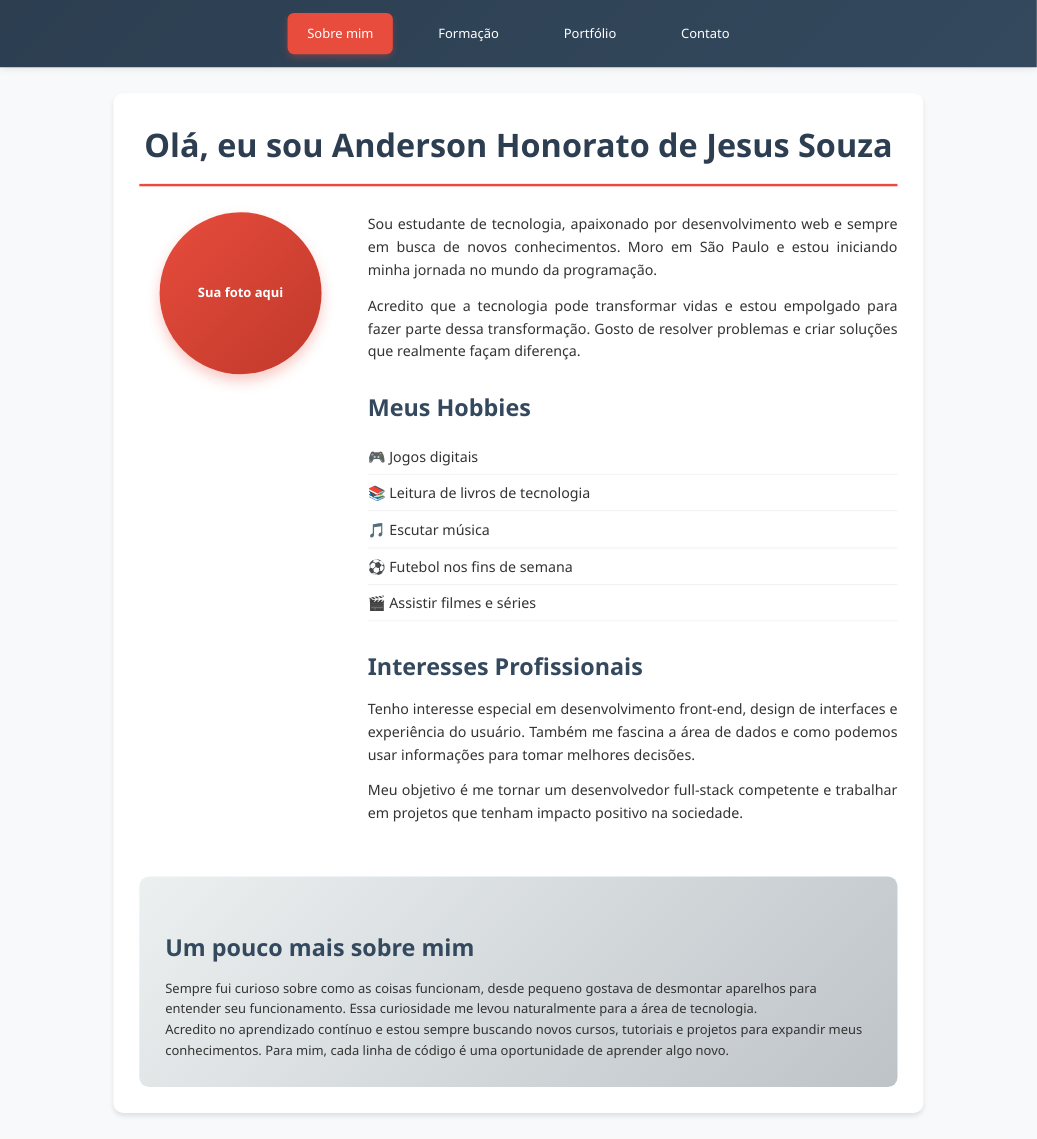
Repository: AnderHonorato/meu-portfolio
Page: index.html
An editor plug-in stored every save of this project. The page is shown before and after the next save, followed by the edit.
The browser window is 1280 px wide. The pictures show the whole page, at 81% of full size.

Above is the page before, as saved 2025-08-26 19:47:22.

After the next save:
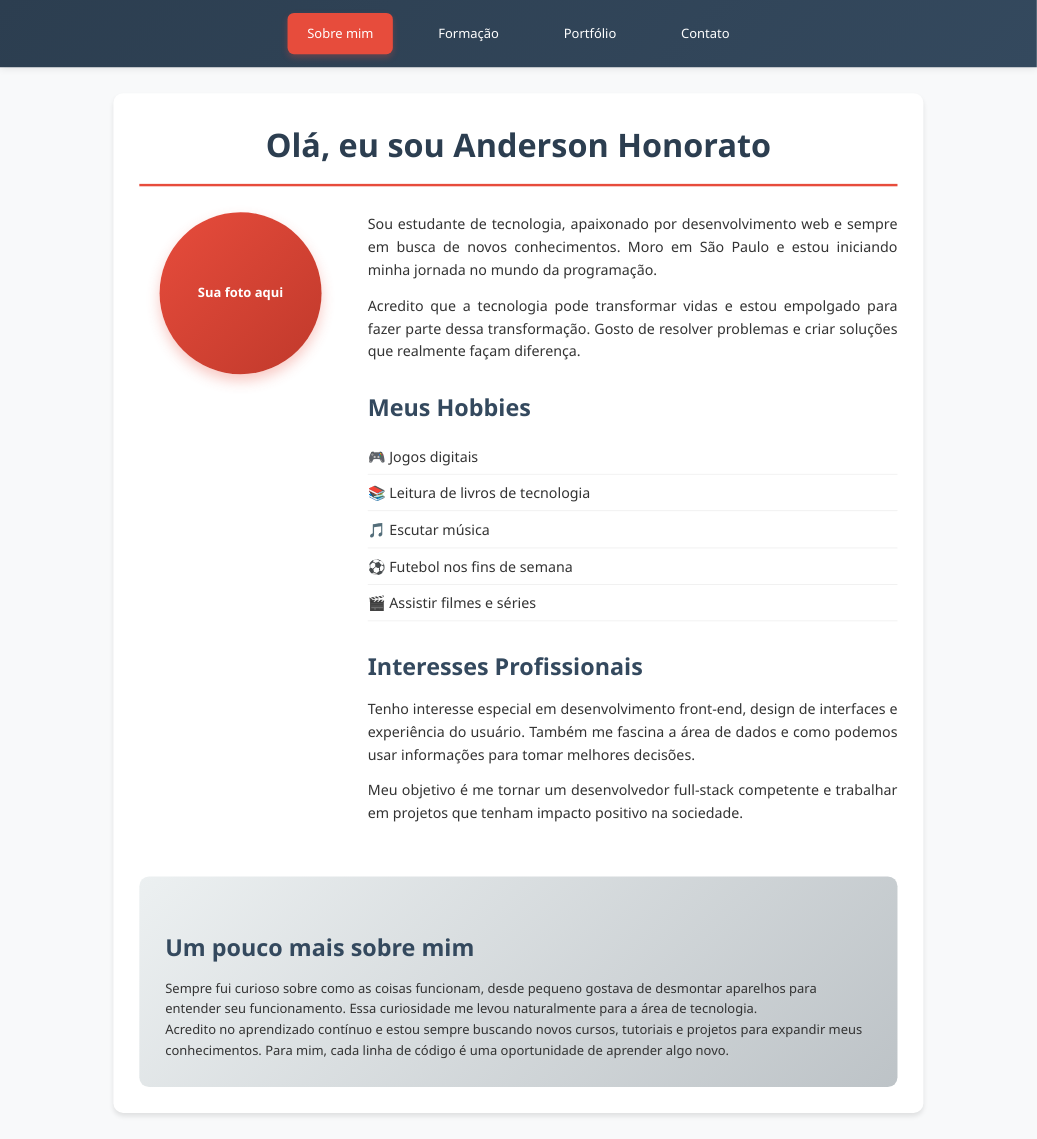
Saved 27 s later.
--- a/index.html
+++ b/index.html
@@ -3,7 +3,7 @@
 <head>
     <meta charset="UTF-8">
     <meta name="viewport" content="width=device-width, initial-scale=1.0">
-    <title>João Silva - Portfólio</title>
+    <title>Anderson Honorato - Portfólio</title>
     <link rel="stylesheet" href="css/style.css">
 </head>
 <body>
@@ -19,7 +19,7 @@
 
     <!-- Conteúdo principal da página -->
     <main class="conteudo">
-        <h1>Olá, eu sou Anderson Honorato de Jesus Souza</h1>
+        <h1>Olá, eu sou Anderson Honorato</h1>
 
         <div class="sobre-container">
             <!-- Seção da foto de perfil -->
